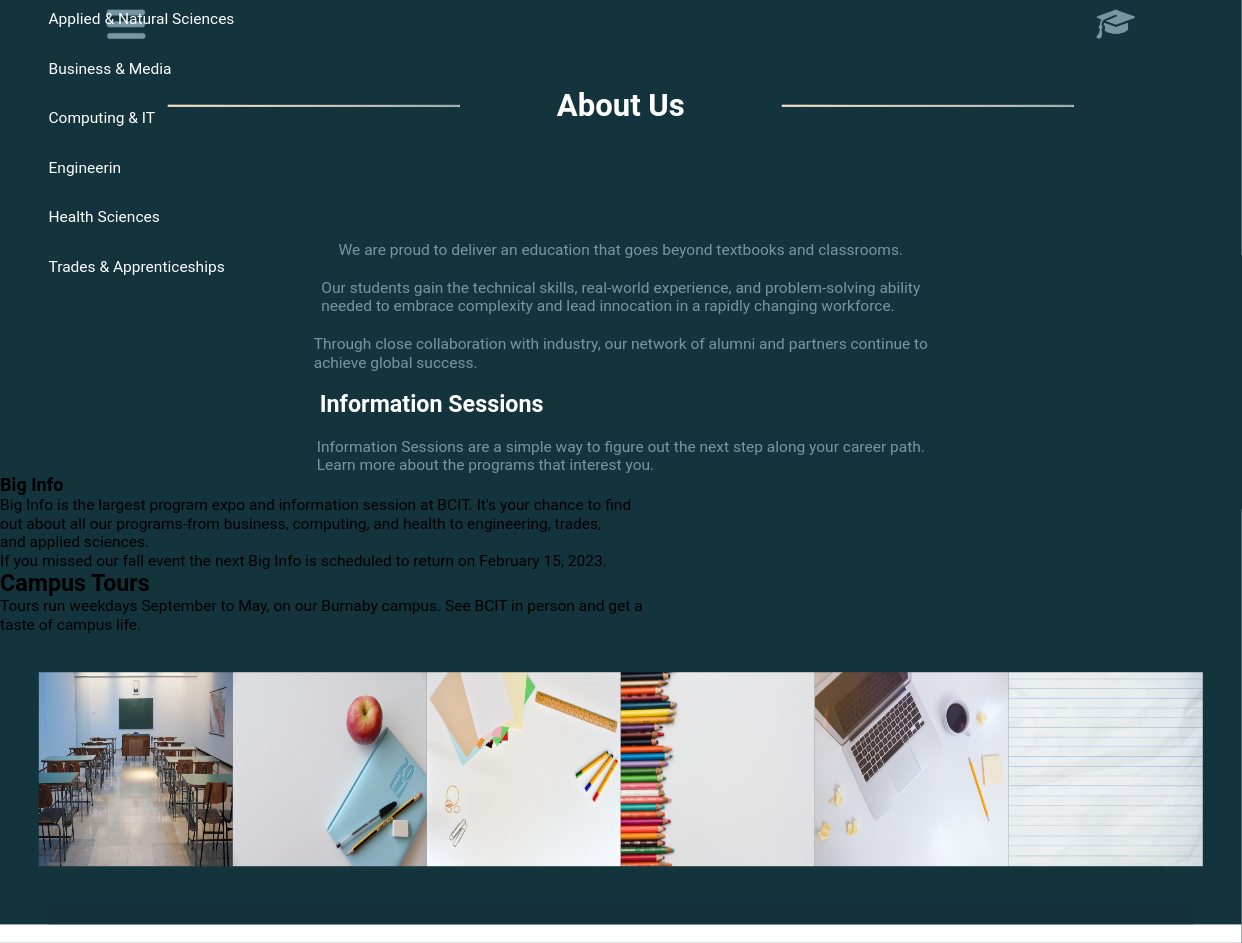
Repository: Sheraliramzan/Aly_A01253508_Assignment1
Page: /about
An editor plug-in stored every save of this project. The page is shown before and after a run of saves, followed by the edit.
The browser window is 1280 px wide. The pictures show the whole page, at 97% of full size.
The project was rebuilt for these pictures with package versions that can differ from the ones it lists, and the page was loaded fresh each time. The framework's server and built-in components were replaced by stand-ins that run in the browser. Also part of the build but not shown: next.config.js.

Above is the page before, as saved 2023-02-05 08:54:32.

### pages/about.js
import Head from 'next/head'
import Image from 'next/image'
import styles from '../styles/Home.module.css'
import dynamic from "next/dynamic";
import Nav from '../comp/nav/nav';


const About = () => {
  return (
    <>
      <Head>
        <title>About Us</title>
        <meta name="author" content="MDIA 2109" />
        <meta property="og:title" content= 'Assignment #1 - About Us Page'/>
        <meta property="og:description" content= "BCIT Digital Design and Development Diploma"/>
        <meta name="viewport" content="width=device-width, initial-scale=1" />
        <link rel="icon" href="/favicon.png" />
      </Head>
      <main className={styles.main}>
        <div className="aboutcont">
          <Nav/>
          <div>
              <div className='headcont1'>
                <hr className='hori'></hr>
                <h1 className='header'>About Us</h1>
                <hr className='hori1'></hr>
              </div>
              <div className='paracont'>
                <p className='para2'> We are proud to deliver an education that goes beyond textbooks
                  and classrooms.</p>
                <p className='para2'> Our students gain the technical skills, real-world experience,
                  and problem-solving ability <br /> needed to embrace complexity
                  and lead innocation in a rapidly changing workforce.</p>
                <p className='para2'>Through close collaboration with industry, our network of alumni
                  and partners continue to <br /> achieve global success.</p>
              </div>
                <h2 className='header2'> Information Sessions</h2>
                <p className='para3'> Information Sessions are a simple way to figure out the next
                  step along your career path. <br /> Learn more about the
                programs that interest you.</p>
                <h3 className='header3'>Big Info</h3>
              <p> Big Info is the largest program expo and information session at
                BCIT. It's your chance to find <br /> out about all our
                programs-from business, computing, and health to engineering,
                trades,
                <br /> and applied sciences.
              </p>
              <p>If you missed our fall event the next Big Info is scheduled to
                return on February 15, 2023.
              </p>
              <h2>Campus Tours</h2>
              <p>  Tours run weekdays September to May, on our Burnaby campus. See
                BCIT in person and get a <br /> taste of campus life.</p>
          </div>
          <div>
            <div id="carouselImage">
                <Image src={"/0.jpg"} width={200} height={200}></Image>
                <Image src={"/1.jpg"} width={200} height={200}></Image>
                <Image src={"/2.jpg"} width={200} height={200}></Image>
                <Image src={"/3.jpg"} width={200} height={200}></Image>
                <Image src={"/4.jpg"} width={200} height={200}></Image>
                <Image src={"/5.jpg"} width={200} height={200}></Image>
            </div >
                  <div id="testOnImageHere">
                    <ul >
                      <li>Applied & Natural Sciences</li>
                      <li>Business & Media</li>
                      <li>Computing & IT</li>
                      <li>Engineerin</li>
                      <li>Health Sciences</li>
                      <li>Trades & Apprenticeships</li>
                    </ul>
                  </div>
          </div>
        </div>
        <a>
            <span>
                <img></img>
                <img></img>
            </span>
        </a>
      </main>
    </>
  )
}
export default dynamic (() => Promise.resolve(About), {ssr: false})

### styles/globals.css


* {
  box-sizing: border-box;
  padding: 0;
  margin: 0;
}

html,
body {
  margin: 0;
  padding: 0;
  font-family: "Roboto", sans-serif;
  scrollbar-width: none;

}
.menuimg{
  margin-left: 100px;
}
.gardimg{
  margin-right: 100px;
}
.navcont {
  display: flex;
  align-items: center;
  justify-content: space-between;
  padding: 10px;
}
.menucont{
  position: absolute;
  top: 0rem;
  left: 4rem;
}
a{
  color: var(--primary-color);
  text-decoration: none;
}

ul {
  display: flex;
  flex-direction: column;
  position: absolute;
  top: 10px;
  left: 50px;
  gap: 2rem;
  text-decoration: none;
}

ul > li {
  list-style-type: none;
  text-decoration: none;
  color: var(--primary-color);
}
.listcont{
  position: absolute;
  display: flex;
  align-items: flex-start;
  left: 3rem;
  top: 3rem;
}

.btncont {
  display: flex;
}

.close {
  background-color: transparent;
  border: none;
  font-size: larger;
  color: var(--primary-color);
}

.fullcont{
  width: 100vw;
  height: 100vh;
  background-image: url("/background-images/backgroundMountain.jpg");
  background-size: cover;
}
.but1{
  margin: 2px;
  padding: 5px 15px;
  background: none;
  border: 1px solid var(--primary-color);
  border-radius: 5px;
  color:var(--primary-color) ;
}
.butcont{
 margin-left: 250px;
}

.but1:hover{
  background-color: var( --primary-color);
  color: var(--quinary-color);
}
.downarrow{
  position: relative;
  left: 650px;
  top:50px;
}
.headcont{
  display: flex;
  flex-direction: column;
  width: 25%;
  margin-top: 320px;
  margin-left: 250px;
}
.headhome{
  color: var(--primary-color);
  font-size: 25px;
  margin-bottom: 10px;
}
.horidiv{
  width: 60%;
  border: 1px solid var(--secondary-color);
  margin-bottom: 10px;
}
.para1{
  color: var(--primary-color);
  font-size:12px;
  width: 100%;
  opacity: 0.8;
}
.aboutcont{
  width: 100%;
  background-color: var( --quaternary-color);
  justify-content: center;
}
.hori{
  border-left: 300px solid var(--secondary-color);
  width: 100px;
  height: 1px;
  margin-right: 100px;
}
.hori1{
  border-left: 300px solid var(--secondary-color);
  width: 100px;
  height: 1px;
  margin-left: 100px;
}
.headcont1{
  text-align: center;
  margin-top: 40px;
  display: flex;
  justify-content: center;
  align-items: center;
}
.header{
  color: var(--primary-color);
}
.paracont{
  display: flex;
  flex-direction: column;
  color: var(--ternary-color);
  justify-content: center;
  align-items: center;
  margin-top: 100px;

}
.para2{
  margin-top: 20px;
}
.header2{
  display: flex;
  flex-direction: column;
  align-items: center;
  margin-right: 390px;
  margin-top: 20px;
  margin-bottom: 20px;
  color: var(--primary-color);
}
.para3{
  color: var(--ternary-color);
  display: flex;
  align-items: center;
  justify-content: center;
}
#carouselImage{
  height: 200px;
  background-repeat: no-repeat;
  background-size: cover;
  display: flex;
  justify-content: center;
  align-items: center;
  margin: 40px 0px;
}
#testOnImageHere{
  background-color: rgba(16, 46, 53, 0.5);
  padding: 10px;
  margin: 0px 50px;
}

### styles/variables.css
:root{
    --primary-color:#fff;
    --secondary-color:#f4d6b9;
    --ternary-color: #7796a4;
    --quaternary-color:#14343d;
    --quinary-color:rgba(16,46,53,0.5);
}

### styles/Home.module.css
.main {
  display: flex;
  flex-direction: column;
  justify-content: space-between;
  align-items: center;
}

### comp/nav/nav.js
import Head from 'next/head'
import Image from 'next/image'
import { useState } from 'react'
import { useRouter } from 'next/router'
import Link from 'next/link'

export default function Nav(){
    const [isMenuOpen, setIsMenuOpen] = useState(false);
  const handleClick = () => {
    setIsMenuOpen(!isMenuOpen);
  };
  const router = useRouter();
    return (
    <>
        <div className="navcont">
              <Image alt='menu' className='menuimg'
                src={"/icons/menu-icon.png"}
                width={40}
                height={30}
                onClick={handleClick}
              />
              <Image alt='grad' className='gardimg' src={"/icons/graduation-hat.png"} width={40} height={30} />
          </div>
          {isMenuOpen && (
            <div className="menucont">
              <div className="listcont">
                <div className="btncont">
                  <button className="close" onClick={handleClick}>
                    X
                  </button>
                </div>
                <div>
                  <ul>
                    <li>
                      <a href="#">Home</a>
                    </li>
                    <li>
                      <a href="/about">About</a>
                    </li>
                    <li>
                      <a href="/contact">Contact</a>
                    </li>
                  </ul>
                </div>
              </div>
              <Image alt='bar'
                src={"/background-images/menuBackground.png"}
                width={240}
                height={240}
              />
            </div>
          )}
    </>
    )
}

Loaded but not shown: pages/_app.js (common file); pages/_document.js (common file)

After the next 3 saves:
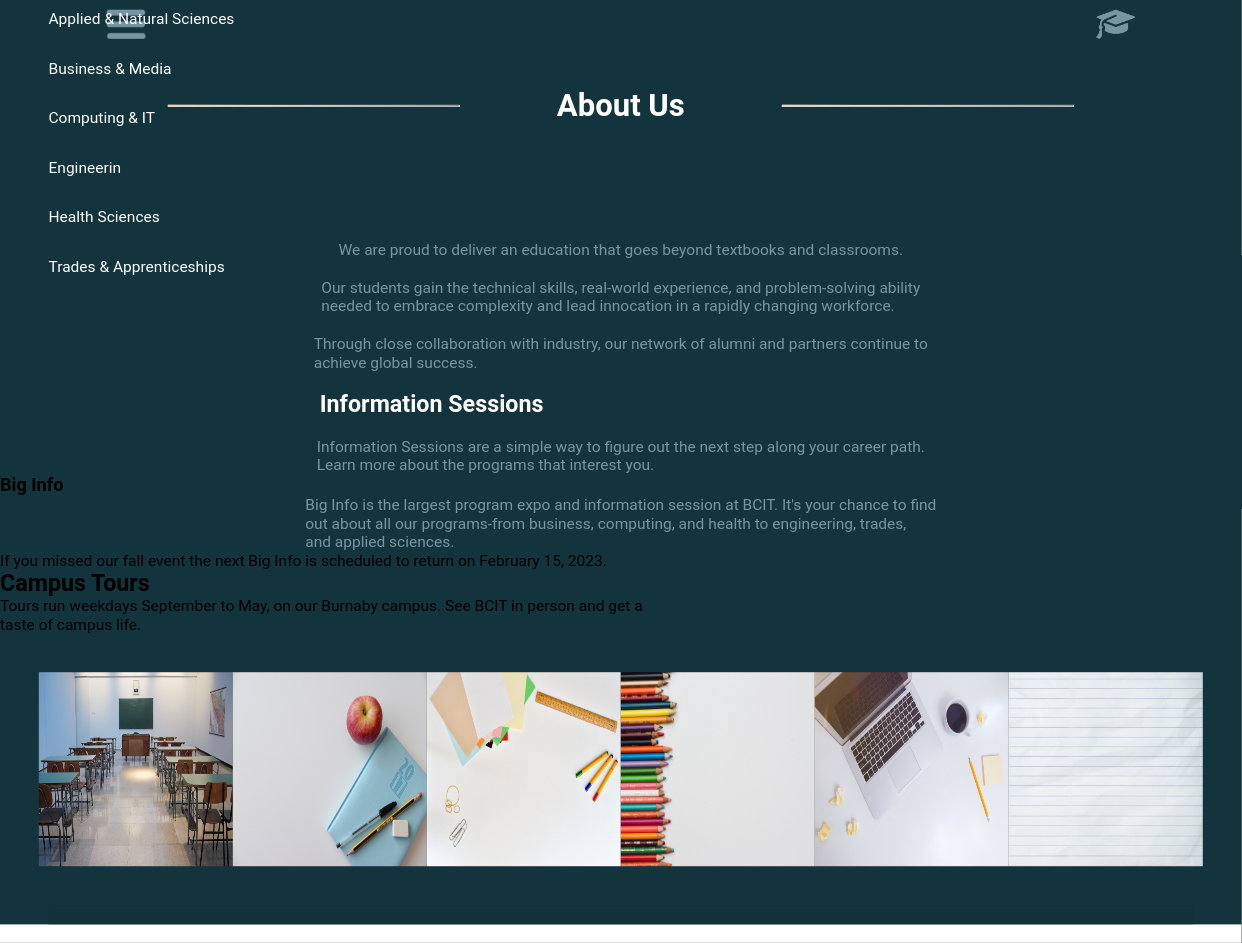
The 3 saves are shown as one change because they came seconds apart.
The last was saved 17 s later.
--- a/pages/about.js
+++ b/pages/about.js
@@ -39,7 +39,7 @@ const About = () => {
                   step along your career path. <br /> Learn more about the
                 programs that interest you.</p>
                 <h3 className='header3'>Big Info</h3>
-              <p> Big Info is the largest program expo and information session at
+              <p className='para3'> Big Info is the largest program expo and information session at
                 BCIT. It's your chance to find <br /> out about all our
                 programs-from business, computing, and health to engineering,
                 trades,
